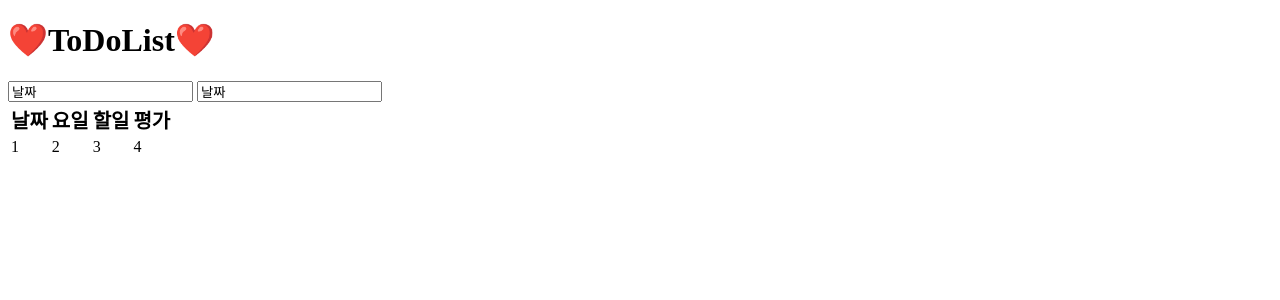
Repository: Flower-Deer/Mybatis_Practice_TodoList
Page: http://localhost/ToDoList/test.jsp
An editor plug-in stored every save of this project. The page is shown before and after the next save, followed by the edit.
The browser window is 1280 px wide. The pictures show the whole page.
The page is served by Tomcat 9.

Above is the page before, as saved 2023-03-18 06:06:39.

### ToDoList/src/main/webapp/test.jsp
<%@ page language="java" contentType="text/html; charset=UTF-8"
    pageEncoding="UTF-8"%>
<!DOCTYPE html>
<html>
<head>
<meta charset="EUC-KR">
<title>투두리스트</title>
</head>
<body>
<h1>❤️ToDoList❤️</h1>
<form>
	<input type="text" value="날짜">
	<input type="text" value="날짜">
</form>
<table>
	<thead style="font-size: 20px;">
		<tr>
			<th>날짜</th>
			<th>요일</th>
			<th>할일</th>
			<th>평가</th>
		</tr>
	</thead>
	<tbody>
		<tr>
			<td>1</td>
			<td>2</td>
			<td>3</td>
			<td>4</td>
		</tr>
	</tbody>
</table>
</body>
</html>

After the next save:
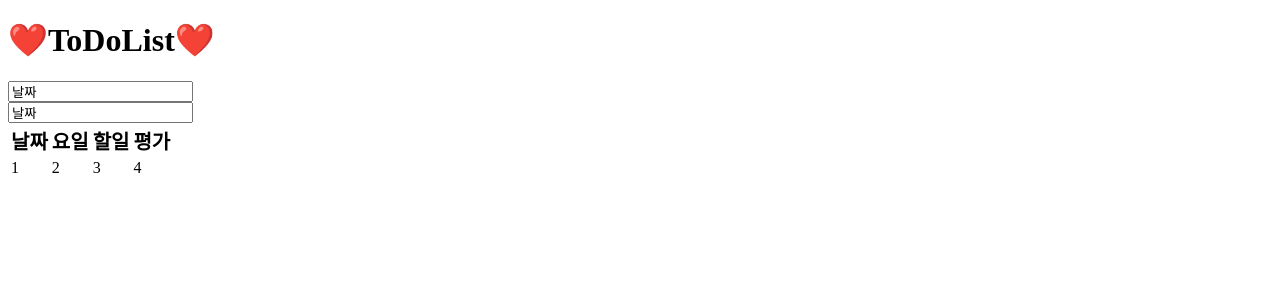
Saved 10 s later.
--- a/ToDoList/src/main/webapp/test.jsp
+++ b/ToDoList/src/main/webapp/test.jsp
@@ -9,7 +9,7 @@
 <body>
 <h1>❤️ToDoList❤️</h1>
 <form>
-	<input type="text" value="날짜">
+	<input type="text" value="날짜"> </br>
 	<input type="text" value="날짜">
 </form>
 <table>
